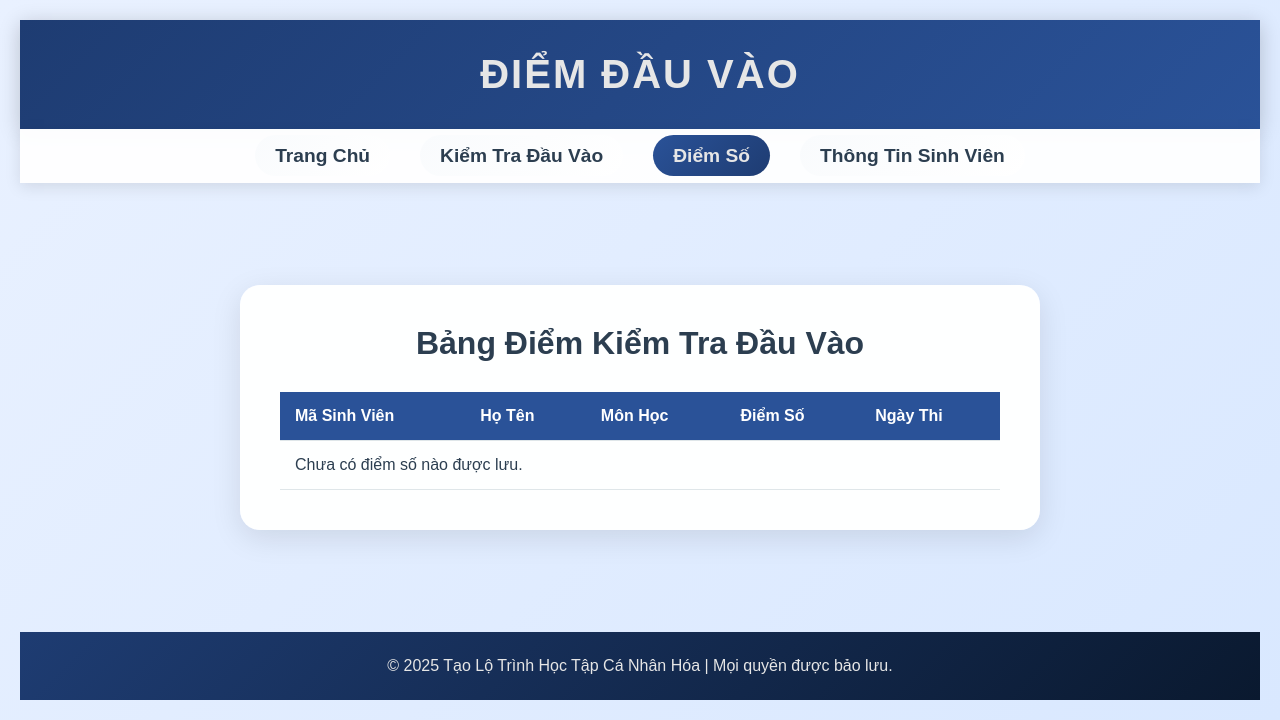
Repository: quankenda73/Prject_Final
Page: INDEX/diemdauvao.html
The author's editor kept a copy of each file at every save. The page is drawn from the files as they stood at one save, then again after a run of saves.
The browser window is 1280 px wide. The pictures show the whole page.
The page's requests for data from a server got no answer.

Above is the page before, as saved 2025-03-27 13:21:09.

After the next 4 saves:
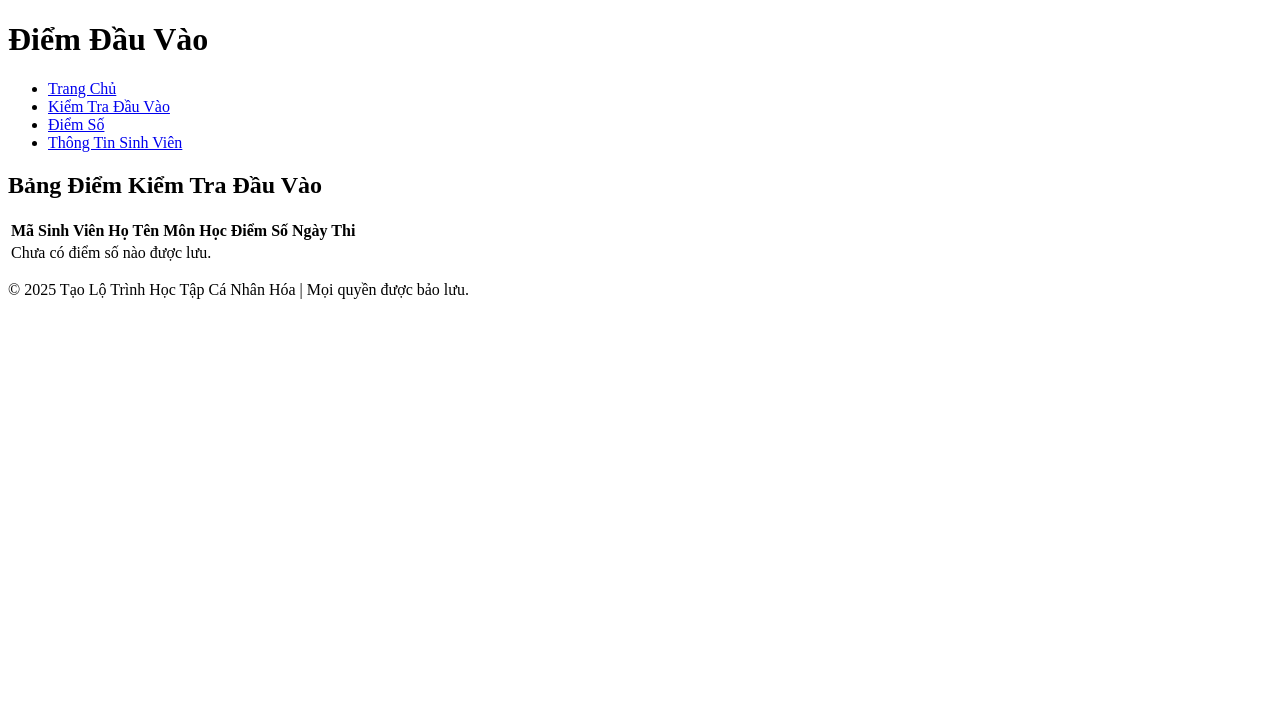
The 4 saves are shown as one change because they came seconds apart.
The last was saved 5 min 55 s later.
--- a/INDEX/diemdauvao.html
+++ b/INDEX/diemdauvao.html
@@ -5,27 +5,6 @@
     <meta name="viewport" content="width=device-width, initial-scale=1.0">
     <title>Điểm Đầu Vào</title>
     <link rel="stylesheet" href="https://cdnjs.cloudflare.com/ajax/libs/font-awesome/6.0.0-beta3/css/all.min.css">
-    <style>
-        * { margin: 0; padding: 0; box-sizing: border-box; font-family: 'Poppins', sans-serif; }
-        body { min-height: 100vh; background: linear-gradient(135deg, #e9f1ff, #d9e8ff); display: flex; flex-direction: column; padding: 20px; }
-        header { background: linear-gradient(135deg, #1e3c72, #2a5298); color: #e6e6e6; padding: 2rem 0; text-align: center; box-shadow: 0 4px 20px rgba(0, 0, 0, 0.2); }
-        header h1 { font-size: 2.5rem; text-transform: uppercase; letter-spacing: 2px; }
-        nav { background: rgba(255, 255, 255, 0.95); padding: 1rem 0; box-shadow: 0 4px 15px rgba(0, 0, 0, 0.1); text-align: center; }
-        .nav-list { list-style: none; display: flex; justify-content: center; gap: 30px; }
-        .nav-list li a { color: #2c3e50; text-decoration: none; font-weight: 600; font-size: 1.2rem; padding: 10px 20px; border-radius: 25px; transition: all 0.3s ease; background: linear-gradient(135deg, #f9fbfd, #ffffff); }
-        .nav-list li a:hover, .nav-list li a.active { background: linear-gradient(135deg, #2a5298, #1e3c72); color: #e6e6e6; }
-        main { flex: 1; display: flex; justify-content: center; align-items: center; padding: 40px 20px; }
-        .scores-container { width: 100%; max-width: 800px; background: rgba(255, 255, 255, 0.98); padding: 40px; border-radius: 20px; box-shadow: 0 8px 30px rgba(0, 0, 0, 0.1); }
-        h2 { color: #2c3e50; font-size: 2rem; text-align: center; margin-bottom: 30px; }
-        table { width: 100%; border-collapse: collapse; margin-top: 20px; }
-        th, td { padding: 15px; text-align: left; border-bottom: 1px solid #dfe6e9; }
-        th { background: #2a5298; color: white; font-weight: 600; }
-        td { color: #2c3e50; }
-        tr:nth-child(even) { background: #f8fafc; }
-        tr:hover { background: #e6f0fa; }
-        footer { text-align: center; padding: 25px 0; background: linear-gradient(135deg, #1e3c72, #0a192f); color: #e6e6e6; }
-        @media (max-width: 768px) { .scores-container { padding: 25px; } h2 { font-size: 1.8rem; } th, td { padding: 10px; font-size: 0.9rem; } }
-    </style>
 </head>
 <body>
 <header>
